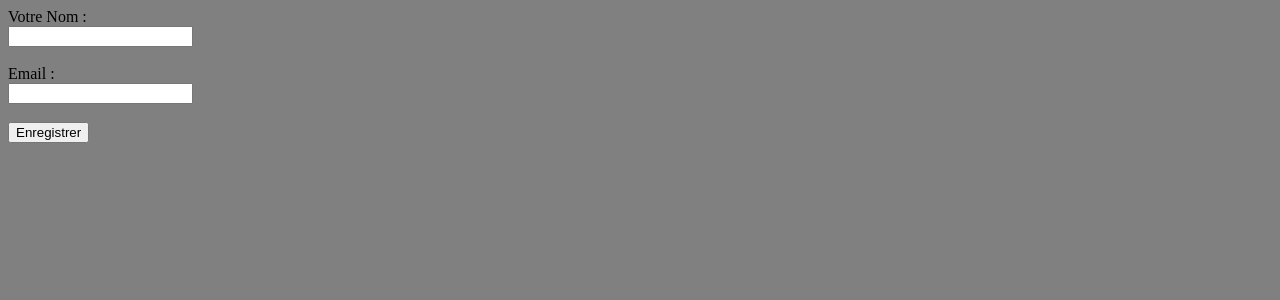
Repository: Haidara-97/TPJEE
Page: http://localhost/AppTest/
The author's editor kept a copy of each file at every save. The page is drawn from the files as they stood at one save, then again after the next save.
The browser window is 1280 px wide. The pictures show the whole page.
The page is served by Tomcat 9. Other server files are loaded and not shown.

Above is the page before, as saved 2025-06-18 10:45:20.

### AppTest/src/main/webapp/index.jsp
<%@ page language="java" contentType="text/html; charset=UTF-8"
    pageEncoding="UTF-8"%>
<!DOCTYPE html>
<html>
<head>
<meta charset="UTF-8">
<title>Insert title here</title>
</head>
<body bgcolor=  Gray>
<div>
<form action="UserServlet" method="POST">
<label for=nom > Votre Nom :</label><br>
        <input type="text" id="nom" name="nom"><br><br>
<label for=email> Email :</label> <br>
        <input type="text" id= "email" name="email"><br><br>
        <input type = "submit" value= Enregistrer>
</form>
</div>

</body>
</html>

After the next save:
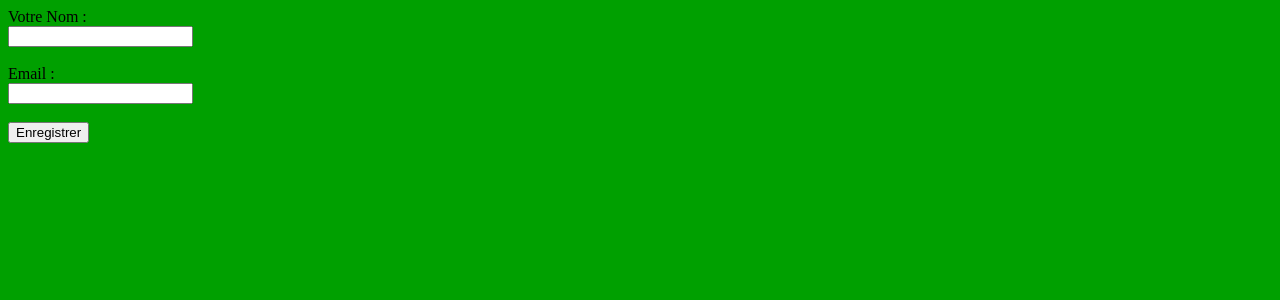
Saved 76 s later.
--- a/AppTest/src/main/webapp/index.jsp
+++ b/AppTest/src/main/webapp/index.jsp
@@ -6,7 +6,7 @@
 <meta charset="UTF-8">
 <title>Insert title here</title>
 </head>
-<body bgcolor=  Gray>
+<body bgcolor=  Gray; items:align=center>
 <div>
 <form action="UserServlet" method="POST">
 <label for=nom > Votre Nom :</label><br>

After the 2 saves that followed:
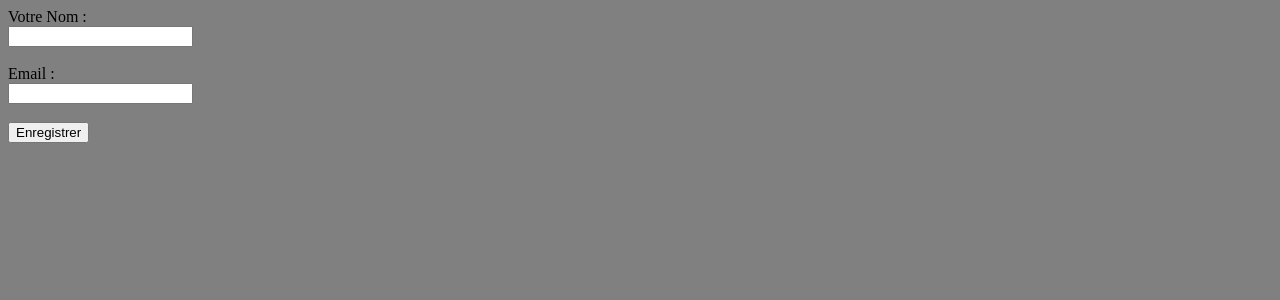
The 2 saves are shown as one change because 1 left the picture as it was.
The last was saved 42 s later.
--- a/AppTest/src/main/webapp/index.jsp
+++ b/AppTest/src/main/webapp/index.jsp
@@ -6,7 +6,7 @@
 <meta charset="UTF-8">
 <title>Insert title here</title>
 </head>
-<body bgcolor=  Gray; items:align=center>
+<body bgcolor=Gray>
 <div>
 <form action="UserServlet" method="POST">
 <label for=nom > Votre Nom :</label><br>
